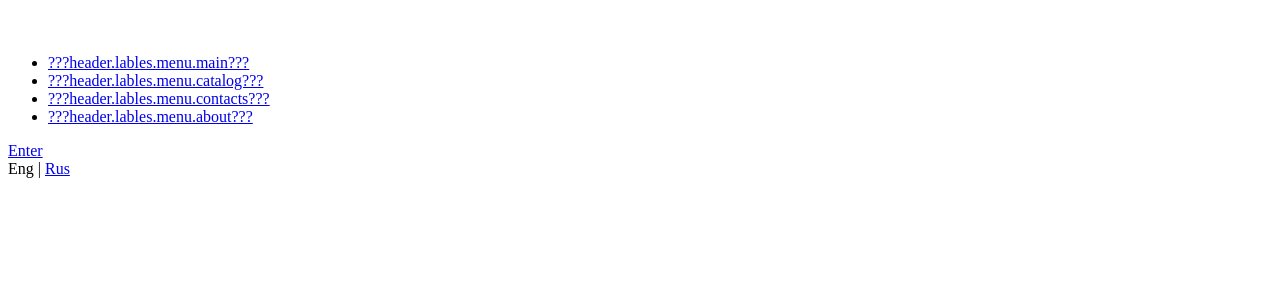
Repository: Westerte/JavaDevelopmentMay2015
Page: http://localhost/touroperator/jspf/header.jsp
An editor plug-in stored every save of this project. The page is shown before and after the next save, followed by the edit.
The browser window is 1280 px wide. The pictures show the whole page.
The page is served by Tomcat 9. Other server files are loaded and not shown.

Above is the page before, as saved 2015-09-10 13:43:13.

### workspace/touroperator/WebContent/jspf/header.jsp
<%@ page language="java" contentType="text/html; charset=UTF-8"
    pageEncoding="UTF-8"%>
<%@ taglib prefix="c" uri="http://java.sun.com/jsp/jstl/core" %>
<%@ taglib prefix="fmt" uri="http://java.sun.com/jsp/jstl/fmt" %>
<%@ taglib prefix="ctg" uri="/WEB-INF/tld/custom.tld" %>
<fmt:setLocale value="${ locale }"/>
<fmt:setBundle basename="resources.messages" var="rb"/>
<!DOCTYPE html PUBLIC "-//W3C//DTD HTML 4.01 Transitional//EN" "http://www.w3.org/TR/html4/loose.dtd">
<html>
<body>
	<header class="clear">
		<div class="container clear">
			<div class="rows clear">
				<div id="logo" class="cols col-3 clear">
					<img src="${ pageContext.servletContext.contextPath}/img/logo.png">
				</div>
				<nav class="cols col-6 clear">
					<ul id="header_menu" class="clear">
						<li><a href="#" class="clear"><fmt:message key="header.lables.menu.main" bundle="${rb}"/></a></li>
						<li><a href="#" class="clear"><fmt:message key="header.lables.menu.catalog" bundle="${rb}"/></a></li>
						<li><a href="#" class="clear"><fmt:message key="header.lables.menu.contacts" bundle="${rb}"/></a></li>
						<li><a href="#" class="clear"><fmt:message key="header.lables.menu.about" bundle="${rb}"/></a></li>
					</ul>
				</nav>
				<div class="cols col-3 clear">
					<div id="user_name_or_login">
						<c:choose>
							<c:when test="${ client != null }">
								<fmt:message key="header.lables.clientName" bundle="${rb}" />
								<a href="Controller?command=" class="header_link"><c:out value="${ client.nickName }"/></a>
								<a href="Controller?command=logout"><fmt:message key="header.lables.logout" bundle="${ rb }"/></a>
							</c:when>
							<c:otherwise>
								<a href="Controller?command=login_page"><fmt:message key="header.lables.enter" bundle="${rb}" /></a>
							</c:otherwise>
						</c:choose>
					</div>
					<div id="locale_switch">
						<ctg:locale-switch/>
					</div>
				</div>
			</div>
		</div>
	</header>
</body>
</html>

### workspace/touroperator/WebContent/jspf/locale_links_en.jspf
<html>
<body>
	<a class="lang_link pushed">Eng</a>
	| <a href="Controller?command=change_locale&language=russian" class="lang_link">Rus</a>
</body>
</html>

### workspace/touroperator/src/edu/nesterenko/touroperator/tags/LocaleSwitchTag.java
package edu.nesterenko.touroperator.tags;

import java.io.IOException;
import java.util.Locale;

import javax.servlet.ServletException;
import javax.servlet.http.HttpServletRequest;
import javax.servlet.http.HttpSession;
import javax.servlet.jsp.tagext.TagSupport;

public class LocaleSwitchTag extends TagSupport {
	private static final long serialVersionUID = -5786988903569874024L;

	@Override
	public int doStartTag() {
		HttpServletRequest request = (HttpServletRequest)pageContext.getRequest();
		HttpSession session = request.getSession(true);
		Locale locale = (Locale) session.getAttribute("locale");
		if(locale == null) {
			locale = Locale.getDefault();
		}
		String localeToString = locale.toString();
		try {
			if("ru_RU".equals(localeToString)) {
				pageContext.include("/jspf/locale_links_ru.jspf");
			} else {
				pageContext.include("/jspf/locale_links_en.jspf");
			}
		} catch(ServletException | IOException e) {
			e.printStackTrace();
		}
		return SKIP_BODY;
	}
}

After the next save:
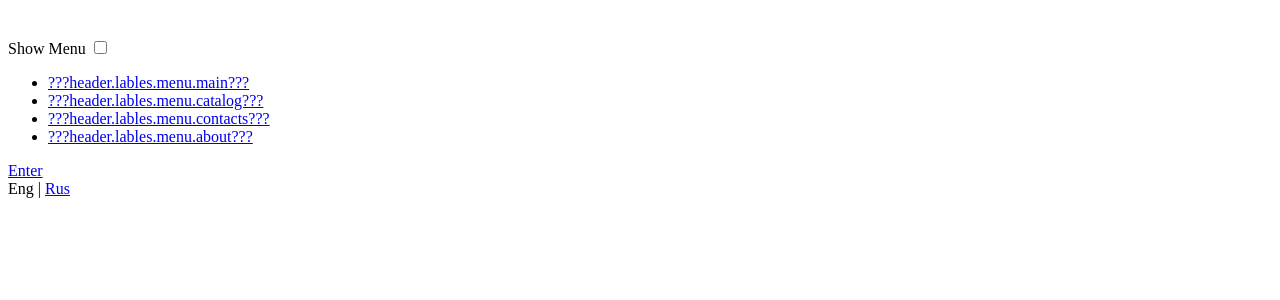
Saved 116 s later.
--- a/workspace/touroperator/WebContent/jspf/header.jsp
+++ b/workspace/touroperator/WebContent/jspf/header.jsp
@@ -15,6 +15,8 @@
 					<img src="${ pageContext.servletContext.contextPath}/img/logo.png">
 				</div>
 				<nav class="cols col-6 clear">
+					<label for="show-menu" class="show-menu">Show Menu</label>
+					<input type="checkbox" id="show-menu" role="button">
 					<ul id="header_menu" class="clear">
 						<li><a href="#" class="clear"><fmt:message key="header.lables.menu.main" bundle="${rb}"/></a></li>
 						<li><a href="#" class="clear"><fmt:message key="header.lables.menu.catalog" bundle="${rb}"/></a></li>
